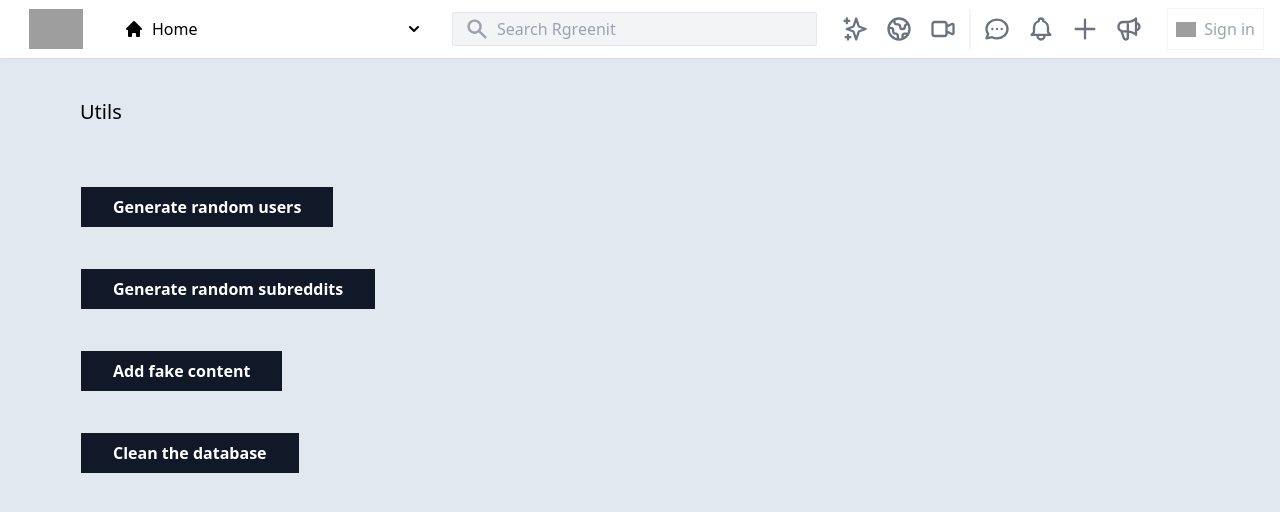
Repository: ITDevSolution/RGreen-it
Page: /utils
The author's editor kept a copy of each file at every save. The page is drawn from the files as they stood at one save, then again after the next save.
The browser window is 1280 px wide. The pictures show the whole page.
Pictures or frames that could not be fetched are drawn as grey boxes. The page's requests for data from a server got no answer. The project was rebuilt for these pictures with package versions that can differ from the ones it lists, and the page was loaded fresh each time. The framework's server and built-in components were replaced by stand-ins that run in the browser. No one was signed in, and anything a server would have sent is missing. Also part of the build but not shown: next.config.js.

Above is the page before, as saved 2022-07-08 10:06:03.

### pages/_app.js
import "../styles/globals.css"
import { SessionProvider } from "next-auth/react"
import Header from "components/Header"

import { Toaster } from "react-hot-toast"

function MyApp({ Component, pageProps: { session, ...pageProps } }) {
  return (
    <SessionProvider session={session}>
      <Toaster />
      <div className="h-screen overflow-y-scroll bg-slate-200 ">
        <Header />
        <Component {...pageProps} />
      </div>
    </SessionProvider>
  )
}

export default MyApp

### pages/utils.js
import React from "react"

export default function Utils() {
  const tasks = [
    { task: "generate_users", description: "Generate random users" },
    { task: "generate_subreddits", description: "Generate random subreddits" },
    { task: "add_fake_content", description: "Add fake content" },
    { task: "clean_database", description: "Clean the database" },
  ]

  const Button = ({ task }) => (
    <div className="flex-1 mb-5">
      <button
        onClick={async () => {
          await fetch("/api/utils", {
            body: JSON.stringify({
              task: task.task,
            }),
            headers: {
              "Content-Type": "application/json",
            },
            method: "POST",
          })
        }}
        className="border px-8 py-2 mt-5 mr-8 font-bold rouned-full bg-gray-900 text-white"
      >
        {task.description}
      </button>
    </div>
  )
  return (
    <div className="mt-10  ml-20">
      <h2 className="mb-10 text-xl">Utils</h2>
      {tasks.map((task, index) => (
        <Button key={index} task={task} />
      ))}
    </div>
  )
}

### styles/globals.css
@tailwind base;
@tailwind components;
@tailwind utilities;

@layer components {
    .icon{
        @apply h-9 w-6 lg:w-9 cursor-pointer rounded-sm lg:p-1 lg:hover:bg-gray-100
    }

    .voteButtons {
        @apply h-6 w-6 hover:bg-gray-200 p-1 rounded-md
    }

    .postButtons {
        @apply flex items-center space-x-1 text-sm font-light p-2 hover:bg-gray-100 cursor-pointer rounded-sm
    }
}

### components/Header.js
import Image from "next/image"
import React from "react"
import {
  ChevronDownIcon,
  HomeIcon,
  MenuIcon,
  SearchIcon,
} from "@heroicons/react/solid"
import {
  BellIcon,
  ChatIcon,
  GlobeIcon,
  PlusIcon,
  SparklesIcon,
  SpeakerphoneIcon,
  VideoCameraIcon,
} from "@heroicons/react/outline"
import { signIn, signOut, useSession } from "next-auth/react"
import Link from "next/link"

function Header() {
  const { data: session, status } = useSession()

  return (
    <div className="sticky top-0 z-50 flex bg-white px-4 py-2 shadow-sm items-center">
      {/* logo */}
      <div className="relative h-10 w-20 flex-shrink-0 cursor-pointer">
        <Link href={`/`}>
          <Image
            src={`https://res.cloudinary.com/joeloff-dev/image/upload/v1656506700/Reddit_logo_new.svg_mxmb5x.png`}
            layout="fill"
            objectFit="contain"
          />
        </Link>
      </div>
      {/* Home */}
      <div className="mx-7 flex items-center xl:min-w-[300px]">
        <HomeIcon className="h-5 w-5" />
        <p className="ml-2 hidden flex-1 lg:inline">Home</p>
        <ChevronDownIcon className="h-5 w-5" />
      </div>
      {/* Search box */}
      <form className="flex flex-1 items-center space-x-2 rounded-sm border border-gray-200 bg-gray-100 px-3 py-1 ">
        <SearchIcon className="h-6 w-6 text-gray-400" />
        <input
          type="text"
          placeholder="Search Rgreenit"
          className="flex-1 bg-transparent outline-none"
        />
        <button type="submit" hidden></button>
      </form>
      {/* User Action icons */}
      <div className="hidden lg:inline-flex text-gray-500 space-x-2 items-center mx-5">
        <SparklesIcon className="icon" />
        <GlobeIcon className="icon" />
        <VideoCameraIcon className="icon" />
        <hr className="h-10 border border-gray-100" />
        <ChatIcon className="icon" />
        <BellIcon className="icon" />
        <PlusIcon className="icon" />
        <SpeakerphoneIcon className="icon" />
      </div>
      {/* Menu mobile */}
      <div className="ml-5 flex items-center lg:hidden">
        <MenuIcon className="icon" />
      </div>

      {/* Sign in / Sign Out button */}
      {session ? (
        <div
          onClick={() => signOut()}
          className="hidden lg:flex items-center space-x-2 border border-gray-100 p-2 cursor-pointer"
        >
          {/* wrap Image */}
          <div className="relative h-5 w-5 flex-shrink-0">
            <Image
              src={`https://res.cloudinary.com/joeloff-dev/image/upload/v1656522740/reddit-icon-robot_sell1a.png`}
              layout="fill"
              objectFit="contain"
            />
          </div>
          {/* text signin */}
          <div className="flex-1 text-xs">
            <p className="truncate">{session?.user?.name}</p>
            <p className="text-gray-400">1 Karma</p>
          </div>
          <ChevronDownIcon className="h-5 flex-shrink-0 text-gray-400" />
        </div>
      ) : (
        <div
          onClick={() => signIn()}
          className="hidden lg:flex items-center space-x-2 border border-gray-100 p-2 cursor-pointer"
        >
          {/* wrap Image */}
          <div className="relative h-5 w-5 flex-shrink-0">
            <Image
              src={`https://res.cloudinary.com/joeloff-dev/image/upload/v1656522740/reddit-icon-robot_sell1a.png`}
              layout="fill"
              objectFit="contain"
            />
          </div>
          {/* text signin */}
          <p className="text-gray-400">Sign in</p>
        </div>
      )}
    </div>
  )
}

export default Header

Loaded but not shown: tailwind.config.js (common file)

After the next save:
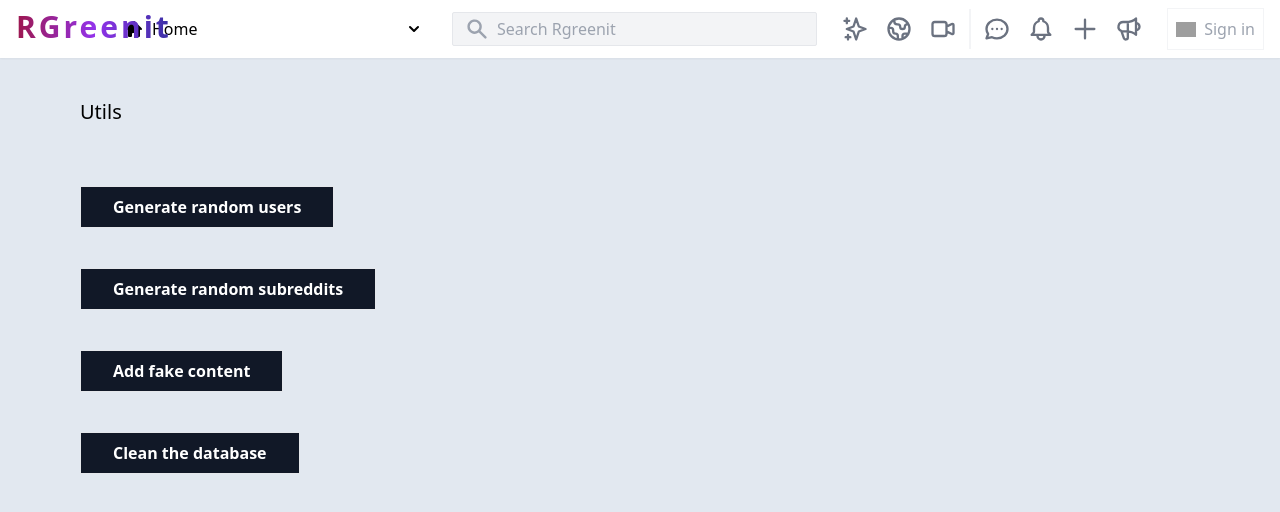
Saved 80 min 52 s later.
--- a/components/Header.js
+++ b/components/Header.js
@@ -26,11 +26,14 @@ function Header() {
       {/* logo */}
       <div className="relative h-10 w-20 flex-shrink-0 cursor-pointer">
         <Link href={`/`}>
-          <Image
+          {/* <Image
             src={`https://res.cloudinary.com/joeloff-dev/image/upload/v1656506700/Reddit_logo_new.svg_mxmb5x.png`}
             layout="fill"
             objectFit="contain"
-          />
+          /> */}
+          <span className="bg-gradient-to-r from-pink-800 via-purple-600 to-indigo-800 bg-clip-text align-middle text-3xl font-black tracking-widest text-transparent ">
+            RGreenit
+          </span>
         </Link>
       </div>
       {/* Home */}
